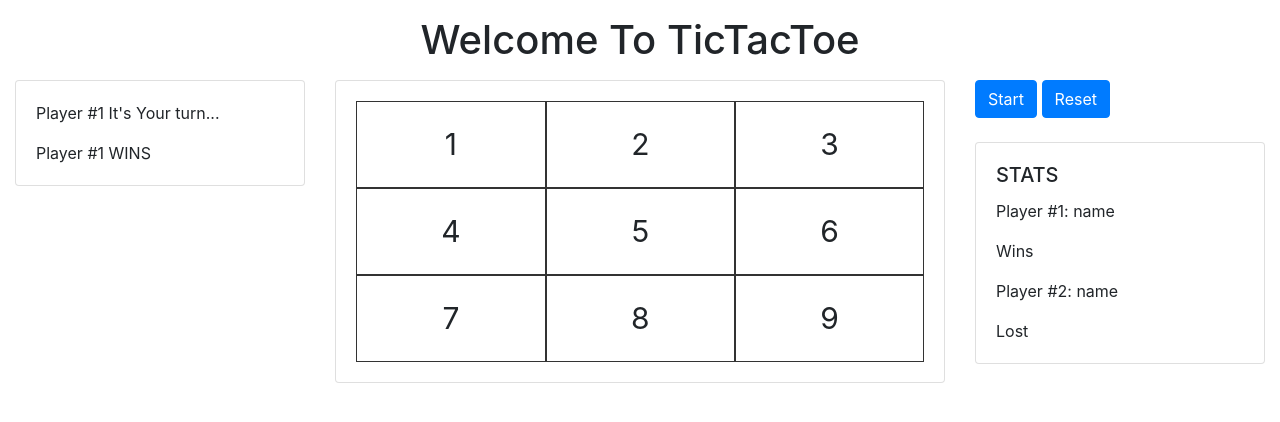
Repository: rOluochKe/JS-TicTacToe
Page: index.html
An editor plug-in stored every save of this project. The page is shown before and after the next save, followed by the edit.
The browser window is 1280 px wide. The pictures show the whole page.
Some web libraries are served in a nearby version.

Above is the page before, as saved 2020-05-27 00:40:52.
Not found: css/reset.css

After the next save:
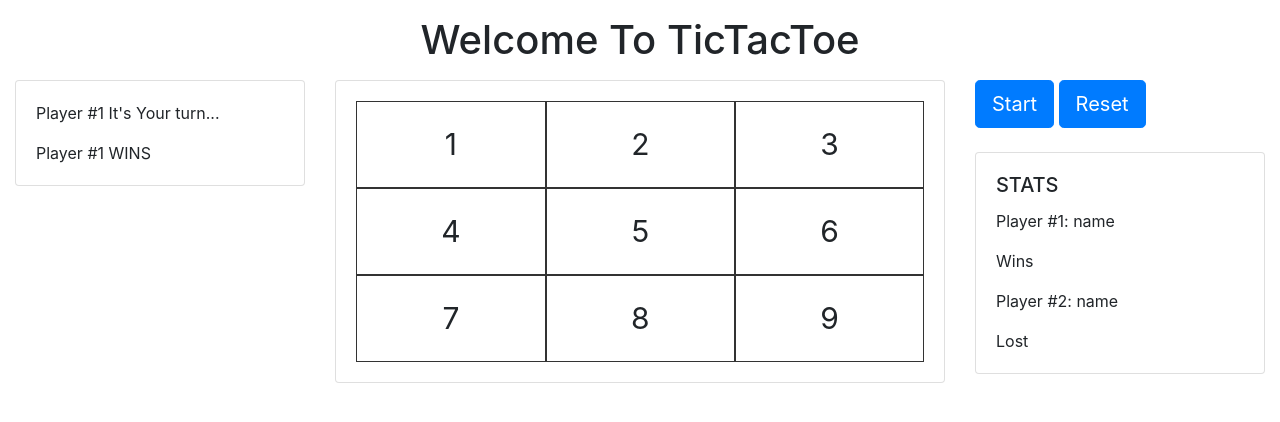
Saved 18 s later.
--- a/index.html
+++ b/index.html
@@ -47,8 +47,8 @@
 
         <div class="col-md-3">
           <div class="game-buttons mb-4">
-            <button class="btn btn-primary">Start </button>
-            <button class="btn btn-primary">Reset </button>
+            <button class="btn btn-primary btn-lg">Start </button>
+            <button class="btn btn-primary btn-lg">Reset </button>
           </div>
 
           <div class="card">
